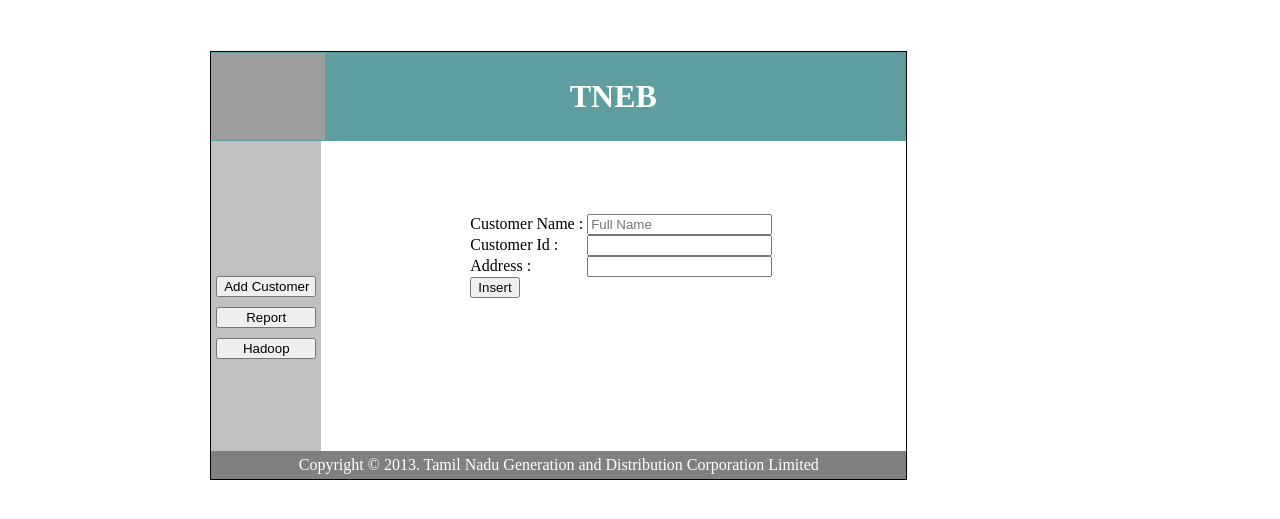
Repository: vjbrocode/Hackathon
Page: http://localhost/TNEB_billing/BillReport.jsp
An editor plug-in stored every save of this project. The page is shown before and after the next save, followed by the edit.
The browser window is 1280 px wide. The pictures show the whole page.
Empty fields were first filled with sample values (such as "Sample", 5 or name@example.com).
After loading, the first visible `input` was clicked once.
Pictures or frames that could not be fetched are drawn as grey boxes. Some web libraries are served in a nearby version. The page is served by Tomcat 9. Other server files are loaded and not shown.

Above is the page before, as saved 2015-07-07 08:04:12.

### workspace/TNEB billing/WebContent/BillReport.jsp
<%@ page language="java" contentType="text/html; charset=ISO-8859-1"
   pageEncoding="ISO-8859-1"%>
<!DOCTYPE html PUBLIC "-//W3C//DTD HTML 4.01 Transitional//EN" "http://www.w3.org/TR/html4/loose.dtd">
<html>
   <head>
      <meta http-equiv="Content-Type" content="text/html; charset=ISO-8859-1">
      <title>TNEB</title>
      <style>
	     #container{
			border: 1px solid black;
			border-image: none;
			width: 55%;
			margin-top: 4%;
			 margin-left: 16%;
		 }
         #header {
         background-color:cadetBlue;
         color:white;
         text-align:center;
         padding:5px;
         }
         #nav {
         line-height:30px;
         background-color:silver;
         height:300px;
         width:100px;
         float:left;
         padding:5px;
         }
         #section {
         width:350px;
         float:left;
         padding:10px;
		  margin-top: 9%;
		  margin-left: 20%;
         }
         #footer {
         background-color:grey;
         color:white;
         clear:both;
         text-align:center;
         padding:5px;
         }
      </style>
   </head>
   <script src="https://ajax.googleapis.com/ajax/libs/jquery/1.11.3/jquery.min.js"></script>
   <script>
   function myfunction(){
	    var divHtml = '<div>Customer Name : <input type="text" placeholder="Full Name" name="custName"></div>';
	    	divHtml = divHtml+''
	        divHtml = divHtml+ '<div>Customer Id : <input type="text" name="newCustId" style="margin-left: 7%;"></div>';
			divHtml = divHtml+ '<div>Address : <input type="text" name="address" style="margin-left: 14.75%;">';
			divHtml = divHtml+ '<input type="submit" name="insertCust" value="Insert"></div>';
	     $('#section').html(divHtml);
	   }
   function myReportfun(){
	   var divhtml = 'Search Customer : <input type="text" value=""  name="report" />';
			   divhtml = divhtml+'<input type="submit" value="Submit" />';
				divhtml = divhtml+'<input type="submit" value="Generate All Reports" name="report" style="margin-top: 11%; margin-left: 30%;" />';
		$('#section').html(divhtml);
   }
   </script>
   <body>
      <form action="serv/bill" method="post">
	  <div id="container">
         <div id="header">
			<img src="C:\Users\Administrator\Desktop\tneblogo.jpg" style="width: 114px; height: 87px; margin-top: -4px; margin-left: -5px; float: left;"/>
            <h1>TNEB</h1>
         </div>
         <div id="nav">
            <input type="button" value="Add Customer" onclick="myfunction();" style="width:100%;margin-top: 130%;">
            <input type="button" value="Report" onclick="myReportfun();" style="width:100%; margin-top: 10%;">
            <input type="submit" value="Hadoop" name="hadoop" style="width:100%; margin-top: 10%;">
         </div>
         <div id="section">
             Search Customer : <input type="text" value=""  name="custId" />
 	         <input type="submit" value="Submit" />
  	         <input type="submit" value="Generate All Reports" name="report" style="margin-top: 11%; margin-left: 30%;" />
         </div>
         <div id="footer">
           Copyright © 2013.  Tamil Nadu Generation and Distribution Corporation Limited
         </div>
		</div>
      </form>
   </body>
</html>

After the next save:
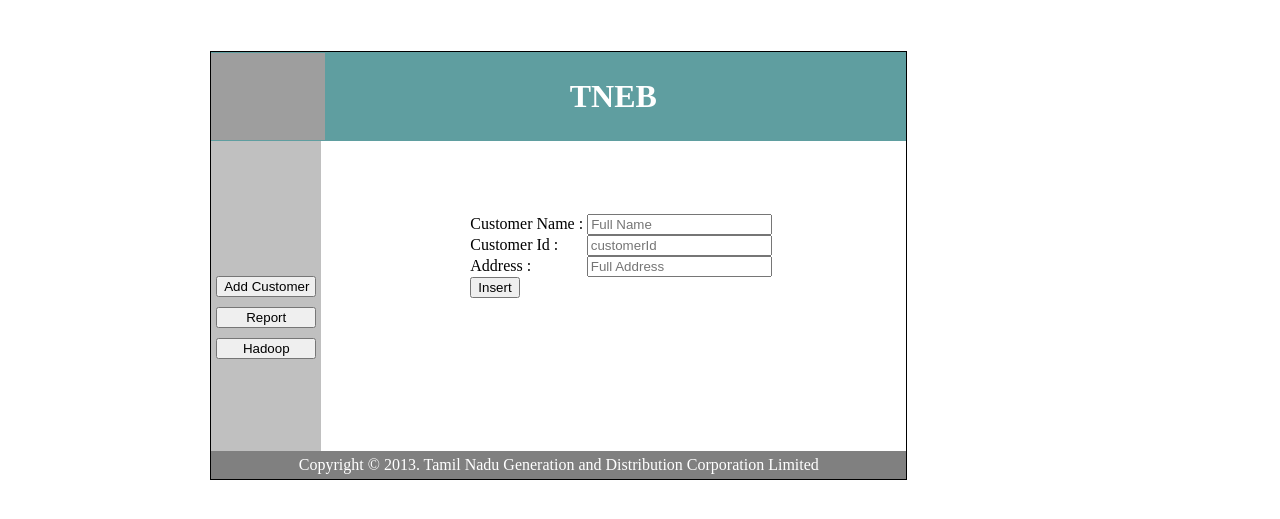
Saved 15 min 42 s later.
--- a/workspace/TNEB billing/WebContent/BillReport.jsp
+++ b/workspace/TNEB billing/WebContent/BillReport.jsp
@@ -48,8 +48,8 @@
    function myfunction(){
 	    var divHtml = '<div>Customer Name : <input type="text" placeholder="Full Name" name="custName"></div>';
 	    	divHtml = divHtml+''
-	        divHtml = divHtml+ '<div>Customer Id : <input type="text" name="newCustId" style="margin-left: 7%;"></div>';
-			divHtml = divHtml+ '<div>Address : <input type="text" name="address" style="margin-left: 14.75%;">';
+	        divHtml = divHtml+ '<div>Customer Id : <input type="text" placeholder="customerId" name="newCustId" style="margin-left: 7%;"></div>';
+			divHtml = divHtml+ '<div>Address : <input type="text" placeholder="Full Address" name="address" style="margin-left: 14.75%;">';
 			divHtml = divHtml+ '<input type="submit" name="insertCust" value="Insert"></div>';
 	     $('#section').html(divHtml);
 	   }
